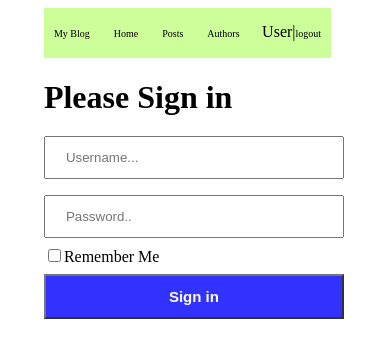
Repository: Software284/servlet-jsp-project
Page: http://localhost/Crud_WIth_Spring_Mvc_and_Hibernate_with_xml/
An editor plug-in stored every save of this project. The page is shown before and after the next save, followed by the edit.
The browser window is 375 px wide. The pictures show the whole page.
The page is served by Tomcat 9. Other server files are loaded and not shown.

Above is the page before, as saved 2020-06-13 20:58:11.

### Crud WIth Spring Mvc and Hibernate with xml/WebContent/index.jsp
<%@ page language="java" contentType="text/html; charset=ISO-8859-1"
    pageEncoding="ISO-8859-1"%>
<!DOCTYPE html>
<html>
<head>
<title>Bootstrap Example</title>
<link type="text/css" rel="stylesheet" href="${pageContext.request.contextPath}/resource/css/style.css">
  <meta charset="utf-8">
</head>
<body>
   <div class="header">
   	<ul>
   		<li><a href="#">My Blog</a></li>
   		<li><a href="#">Home</a></li>
   		<li class="dropdown">
   			<a href="#" class="dropbtn" >Posts</a>
   			<div class="dropdown-content">
   				<a href="#">Link1</a>
   				<a href="#">Link2</a>
   				<a href="#">Link3</a>
   			</div>
   		</li>
   		<li class="dropdown">
   			<a href="#" class="dropbtn">Authors</a>
   			<div class="dropdown-content">
   				<a href="#">Link1</a>
   				<a href="#">Link2</a>
   				<a href="#">Link3</a>
   			</div>

   		</li>
   		<li class="right">User|<a href="#">logout</a></li>
   	</ul>
   </div>
   <h1>Please Sign in</h1>
   <form action="Crud/login" method="post">
  <input type="text" id="username" name="username" placeholder="Username...">
  <input type="text" id="lname" name="password" placeholder="Password..">
  <input type="hidden" name="page" value="1"/>
  <input type="checkbox" name="">Remember Me
  <input type="submit" value="Sign in">
</form>

</body>
</html>

### Crud WIth Spring Mvc and Hibernate with xml/WebContent/resource/css/style.css
  	.header
  	{
  	    width: 80%;
  	    height:50px;
  	    margin-left: 10%;
  		background-color: #ccff99;
  		padding:0px;
  	}
  	ul
  	{

  		margin:0px;
  		padding:0px;

  	}
  	ul li
  	{
  		display: inline-block;
  		margin-top: 10px;  		margin-left: 5px;
  		padding: 5px;
  		list-style-type: none;
  		margin-right: 5px;

  	}
  	ul li a
  	{
  		color:#fff;
  		text-decoration: none;
  		font-size: 19px;
  		color:#000;
  	}
  	ul li.right
  	{
  		float:right;
  	}
  	h1
  	{
  		margin-left:10%;
  		margin-bottom: 12px;
  		font-weight: bold;
  	}
  	form
  	{
  		margin-left: 10%;
  		max-width: 300px;
  	}
  input[type=text]
   {
  width: 100%;
  padding: 12px 20px;
  margin: 8px 0;
  box-sizing: border-box;
}
input[type=submit]
{
	width: 100%;
	display: block;
	font-weight: bold;
	font-size: 15px;
	margin-top: 8px;
	background-color: #0000ff;
	color: white;
	padding: 12px 20px;
	opacity: 0.8;
}



.dropdown {
  position: relative;
  display: inline-block;
}

.dropdown-content {
  display: none;
  position: absolute;
  background-color: #f9f9f9;
  min-width: 160px;
  box-shadow: 0px 8px 16px 0px rgba(0,0,0,0.2);
  z-index: 1;
}

.dropdown-content a {
  color: black;
  padding: 12px 16px;
  text-decoration: none;
  display: block;
}

.dropdown-content a:hover {background-color: #f1f1f1}

.dropdown:hover .dropdown-content {
  display: block;
}



  @Media(max-width: 700px)
  {
  	.header ul li a
  	{
  		font-size: 15px;
  	}
  }
   @Media(max-width: 400px)
  {
  	.header ul li a
  	{
  		font-size: 10px;
  	}

  }

After the next save:
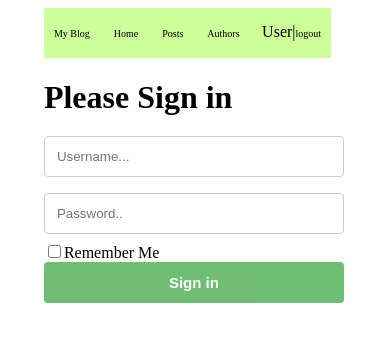
Saved 4 min 26 s later.
--- a/Crud WIth Spring Mvc and Hibernate with xml/WebContent/resource/css/style.css
+++ b/Crud WIth Spring Mvc and Hibernate with xml/WebContent/resource/css/style.css
@@ -110,3 +110,71 @@ input[type=submit]
   	}
 
   }
+
+
+
+  * {
+  box-sizing: border-box;
+}
+
+input[type=text], select, textarea {
+  width: 100%;
+  padding: 12px;
+  border: 1px solid #ccc;
+  border-radius: 4px;
+  resize: vertical;
+}
+
+label {
+  padding: 12px 12px 12px 0;
+  display: inline-block;
+}
+
+input[type=submit] {
+  background-color: #4CAF50;
+  color: white;
+  padding: 12px 20px;
+  border: none;
+  border-radius: 4px;
+  cursor: pointer;
+  float: right;
+  margin-top: 10px;
+}
+
+input[type=submit]:hover {
+  background-color: #45a049;
+}
+
+.container {
+  border-radius: 5px;
+  background-color: #f2f2f2;
+  padding: 20px;
+  width:90%;
+}
+
+.col-25 {
+  float: left;
+  width: 25%;
+  margin-top: 6px;
+}
+
+.col-75 {
+  float: left;
+  width: 75%;
+  margin-top: 6px;
+}
+
+/* Clear floats after the columns */
+.row:after {
+  content: "";
+  display: table;
+  clear: both;
+}
+
+/* Responsive layout - when the screen is less than 600px wide, make the two columns stack on top of each other instead of next to each other */
+@media screen and (max-width: 600px) {
+  .col-25, .col-75, input[type=submit] {
+    width: 100%;
+    margin-top: 0;
+  }
+}
